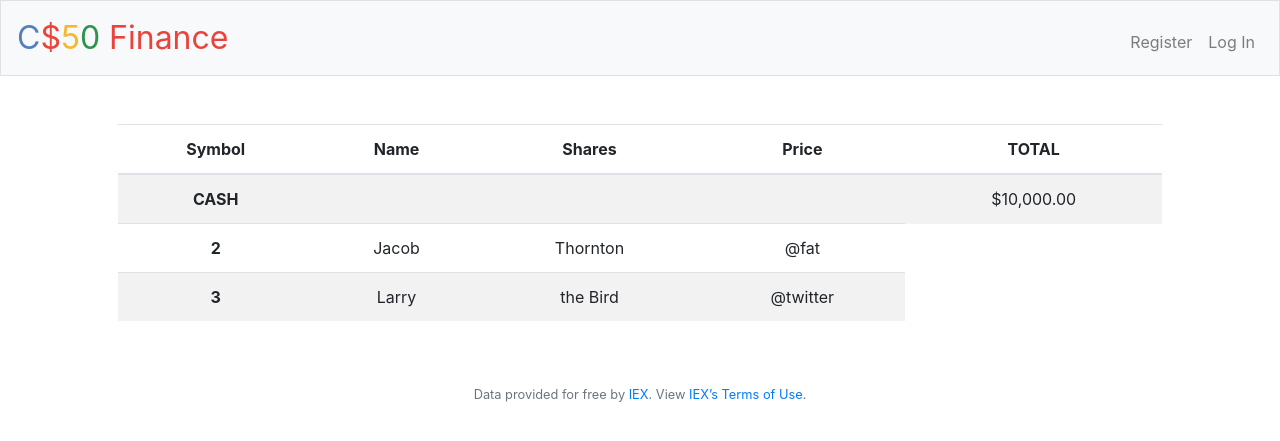
Repository: tavrora/cs50_ide
Page: pset8/finance/templates/apology.html
The author's editor kept a record of every edit. The page is drawn from the files as they stood at one moment, then again after the next edit.
The browser window is 1280 px wide. The pictures show the whole page.
The template is drawn by Flask 3. The application's start-up code is not run. Other server files are loaded and not shown. The template is opened directly, without the code that normally fills it, so the values that code supplies are empty.

Above is the page before.

### pset8/finance/templates/apology.html
{% extends "layout.html" %}

{% block title %}
    Apology
{% endblock %}

{% block main %}
    <!--<img alt="{{ top }}" class="border" src="http://memegen.link/custom/{{ top | urlencode }}/{{ bottom | urlencode }}.jpg?alt=https://i.imgur.com/CsCgN7Ll.png" title="{{ top }}">-->

    <table class="table table-striped">
        <thead>
            <tr>
                <th scope="col">Symbol</th>
                <th scope="col">Name</th>
                <th scope="col">Shares</th>
                <th scope="col">Price</th>
                <th scope="col">TOTAL</th>
            </tr>
        </thead>
        <tbody>
            <tr>
                <th scope="row">CASH</th>
                <td></td>
                <td></td>
                <td></td>
                <td>$10,000.00</td>
            </tr>
            <tr>
                <th scope="row">2</th>
                <td>Jacob</td>
                <td>Thornton</td>
                <td>@fat</td>
            </tr>
            <tr>
                <th scope="row">3</th>
                <td>Larry</td>
                <td>the Bird</td>
                <td>@twitter</td>
            </tr>
        </tbody>
    </table>

{% endblock %}

### pset8/finance/templates/layout.html
<!DOCTYPE html>

<html lang="en">

    <head>

        <!-- Required meta tags -->
        <meta charset="utf-8">
        <meta name="viewport" content="width=device-width, initial-scale=1, shrink-to-fit=no">

        <!-- documentation at http://getbootstrap.com/docs/4.1/, alternative themes at https://bootswatch.com/ -->
        <link href="https://maxcdn.bootstrapcdn.com/bootstrap/4.1.3/css/bootstrap.min.css" rel="stylesheet">

        <!-- https://favicon.io/emoji-favicons/money-mouth-face/ -->
        <link href="/static/favicon.ico" rel="icon">

        <link href="/static/styles.css" rel="stylesheet">

        <script src="https://code.jquery.com/jquery-3.3.1.min.js"></script>
        <script src="https://cdnjs.cloudflare.com/ajax/libs/popper.js/1.14.3/umd/popper.min.js"></script>
        <script src="https://maxcdn.bootstrapcdn.com/bootstrap/4.1.3/js/bootstrap.min.js"></script>

        <title>C$50 Finance: {% block title %}{% endblock %}</title>

    </head>

    <body>

        <nav class="navbar navbar-expand-md navbar-light bg-light border">
            <a class="navbar-brand" href="/"><span class="blue">C</span><span class="red">$</span><span class="yellow">5</span><span class="green">0</span> <span class="red">Finance</span></a>
            <button aria-controls="navbar" aria-expanded="false" aria-label="Toggle navigation" class="navbar-toggler" data-target="#navbar" data-toggle="collapse" type="button">
                <span class="navbar-toggler-icon"></span>
            </button>
            <div class="collapse navbar-collapse" id="navbar">
                {% if session.user_id %}
                    <ul class="navbar-nav mr-auto mt-2">
                        <li class="nav-item"><a class="nav-link" href="/quote">Quote</a></li>
                        <li class="nav-item"><a class="nav-link" href="/buy">Buy</a></li>
                        <li class="nav-item"><a class="nav-link" href="/sell">Sell</a></li>
                        <li class="nav-item"><a class="nav-link" href="/history">History</a></li>
                    </ul>
                    <ul class="navbar-nav ml-auto mt-2">
                        <li class="nav-item"><a class="nav-link" href="/cash">Add cash</a></li>
                        <li class="nav-item"><a class="nav-link" href="/logout">Log Out</a></li>
                    </ul>
                {% else %}
                    <ul class="navbar-nav ml-auto mt-2">
                        <li class="nav-item"><a class="nav-link" href="/register">Register</a></li>
                        <li class="nav-item"><a class="nav-link" href="/login">Log In</a></li>
                    </ul>
                {% endif %}
            </div>
        </nav>

        {% if get_flashed_messages() %}
            <header>
                <div class="alert alert-primary border text-center" role="alert">
                    {{ get_flashed_messages() | join(" ") }}
                </div>
            </header>
        {% endif %}

        <main class="container p-5">
            {% block main %}{% endblock %}
        </main>

        <footer class="small text-center text-muted">
            Data provided for free by <a href="https://iextrading.com/developer">IEX</a>. View <a href="https://iextrading.com/api-exhibit-a/">IEX’s Terms of Use</a>.
        </footer>

    </body>

</html>

Loaded but not shown: pset8/finance/static/styles.css (common file)

After the next edit:
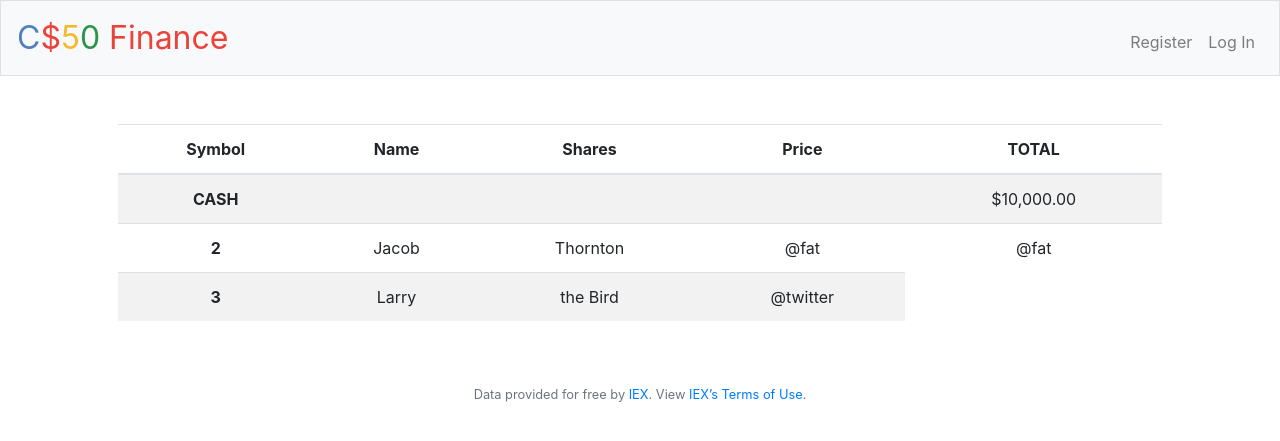
The edit:
--- a/pset8/finance/templates/apology.html
+++ b/pset8/finance/templates/apology.html
@@ -30,6 +30,7 @@
                 <td>Jacob</td>
                 <td>Thornton</td>
                 <td>@fat</td>
+                <td>@fat</td>
             </tr>
             <tr>
                 <th scope="row">3</th>
